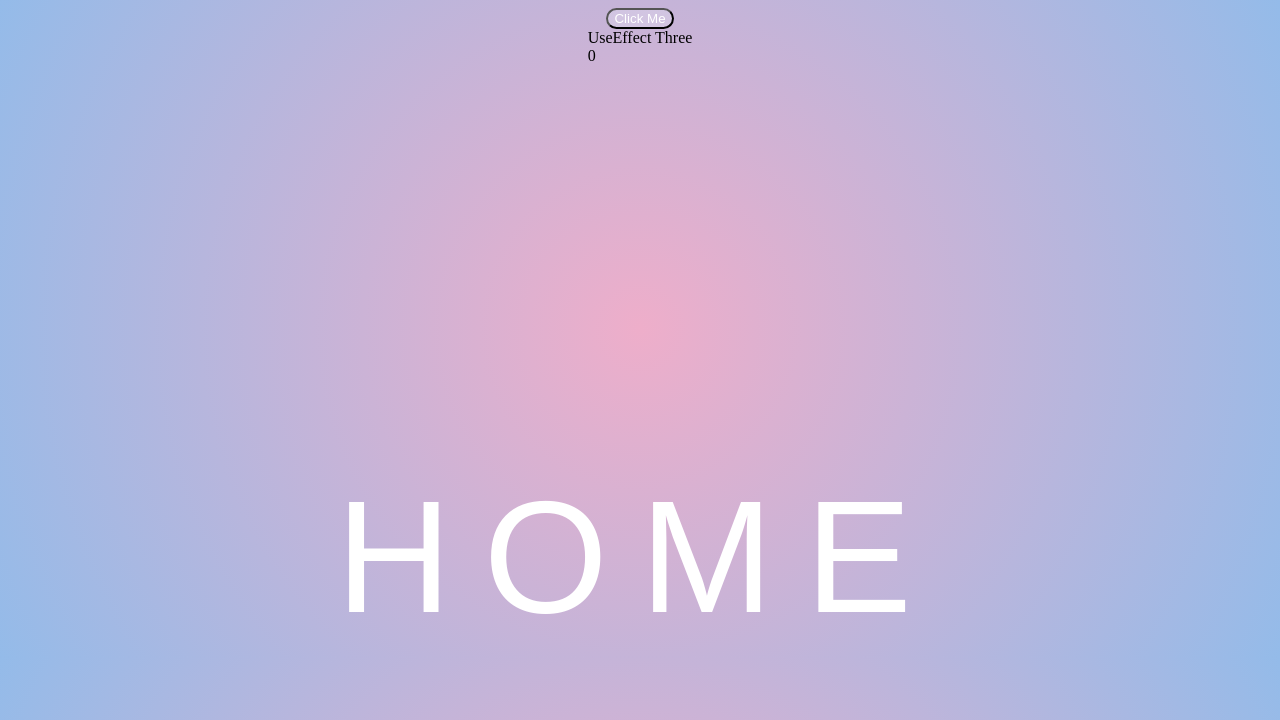
Repository: juliet-jskim/week-8-useEffect-carousel
Page: /useEffectThree
The author's editor kept a copy of each file at every save. The page is drawn from the files as they stood at one save, then again after the next save.
The browser window is 1280 px wide. The pictures show the whole page.
The project was rebuilt for these pictures with package versions that can differ from the ones it lists, and the page was loaded fresh each time. The framework's server and built-in components were replaced by stand-ins that run in the browser. Also part of the build but not shown: next.config.js.

Above is the page before, as saved 2023-02-20 23:14:43.

After the next save:
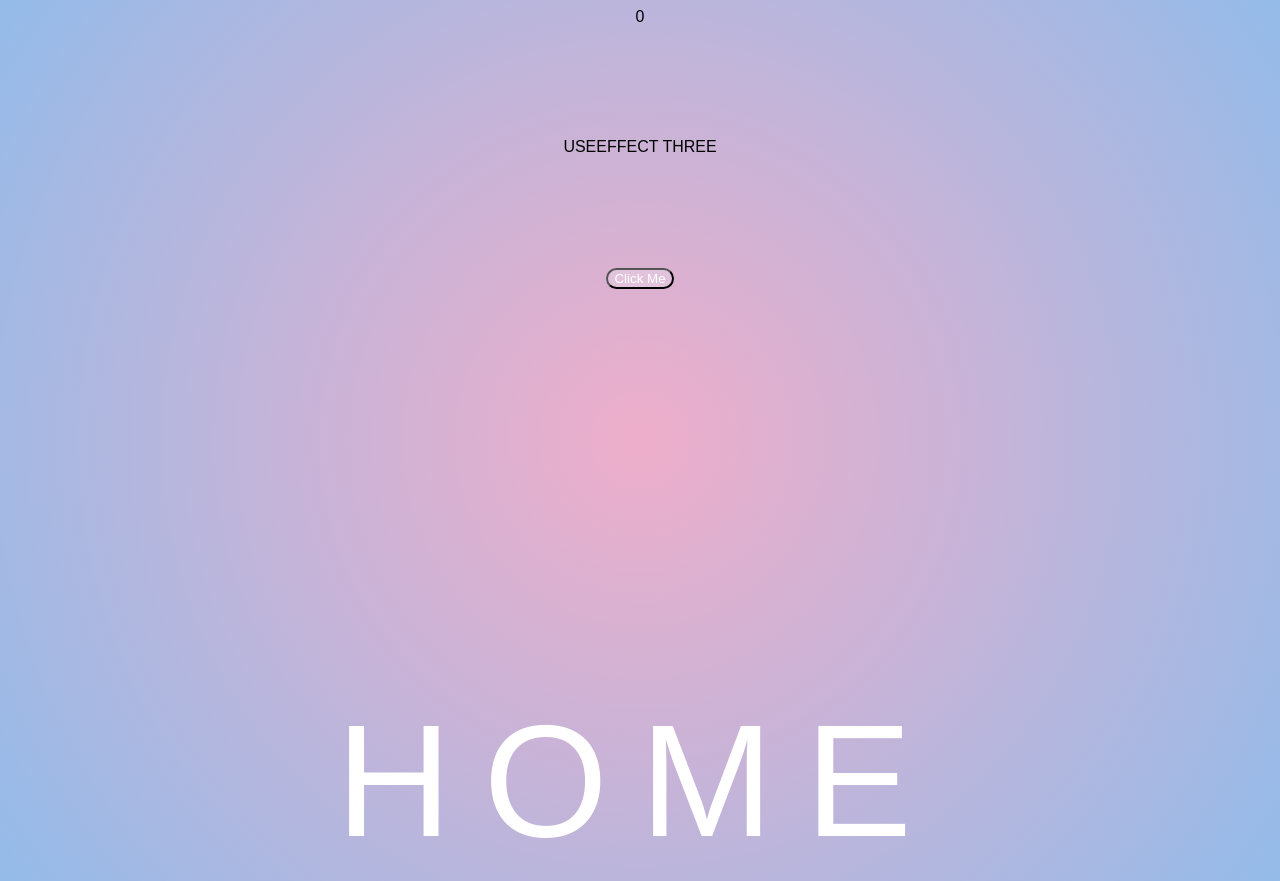
Saved 28 s later.
--- a/pages/useEffectThree.js
+++ b/pages/useEffectThree.js
@@ -18,8 +18,8 @@ export default function UseEffectThree() {
             <div className={styles.home_link}>
                 <Link  style={{ textDecoration: 'none',  color: 'white' }} href="/">Home</Link>
             </div>
-            <div>
-                <div className={styles.use_effect_three}>
+            <div className={styles.use_effect_three}>
+                <div>
                     <button style={{ borderRadius: "1rem",  color: 'white',backgroundColor: 'rgba(240, 248, 255, 0.24)' }} onClick={() => setNumber(number +1)}>Click Me</button>
                     </div>
                     <div>
